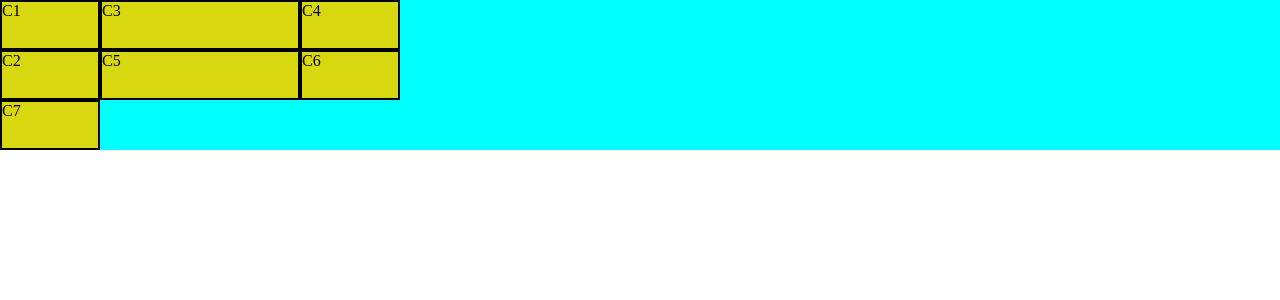
Repository: nepali2385/FUll-stack-practice
Page: Day5/Day5/grid.html
These files come from the project's save history. The page is drawn as it stood at one moment and after the next save; the edit follows.
The browser window is 1280 px wide. The pictures show the whole page.

Above is the page before, as saved 2024-08-27 15:19:36.

After the next save:
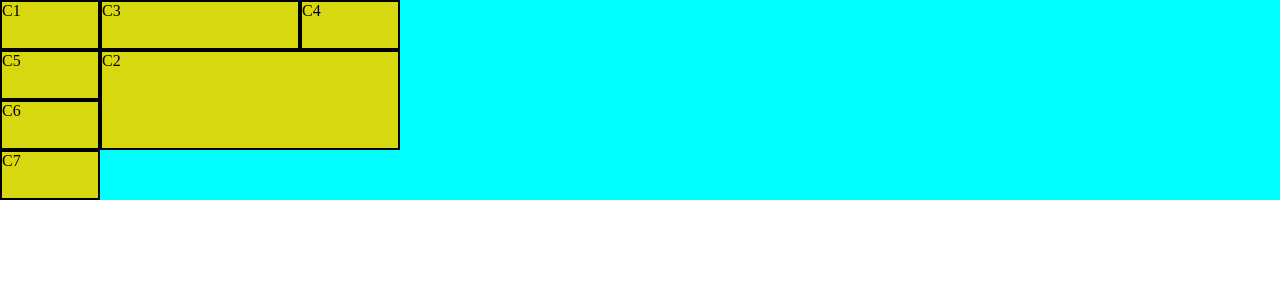
Saved 56 s later.
--- a/Day5/Day5/grid.css
+++ b/Day5/Day5/grid.css
@@ -24,5 +24,7 @@
 }
 .c2{
     grid-row-start: 2;
-    grid-row-end: 2;
+    grid-row-end: 4;
+    grid-column-start: 2;
+    grid-column-end: 4;
 }
